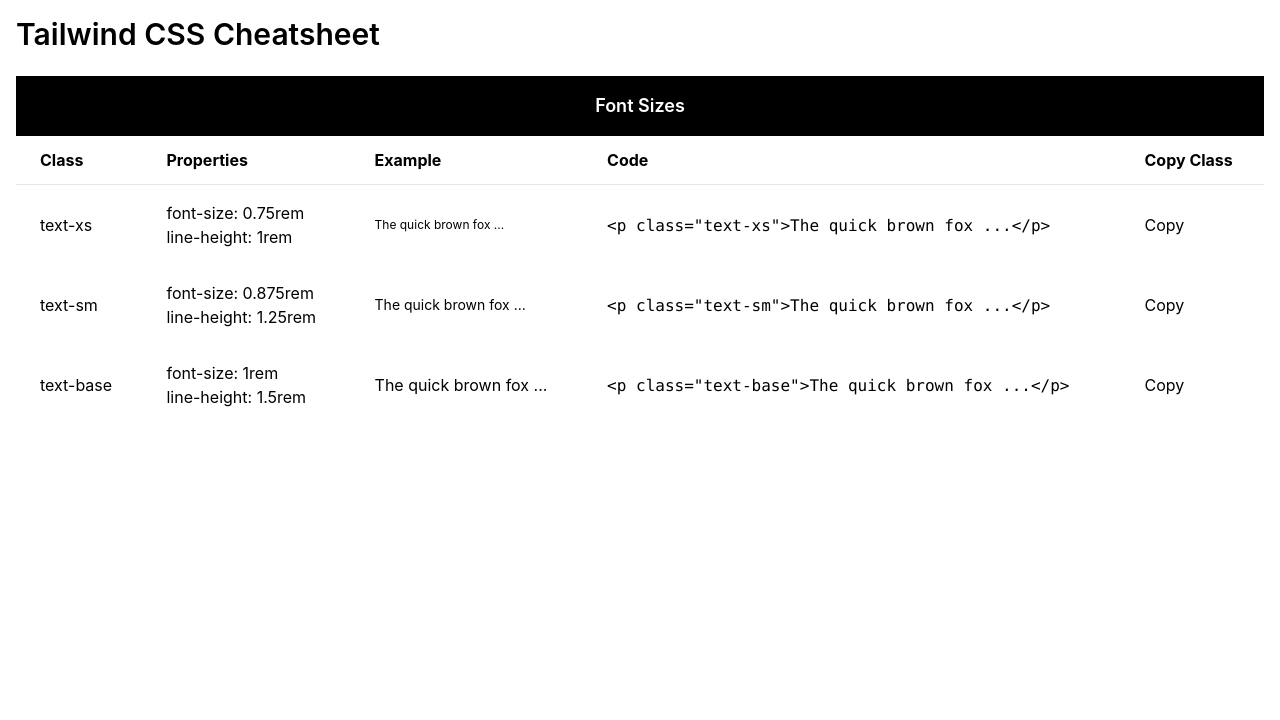
Repository: Coralee-Long/react-bits
Page: /tailwind-cheatsheet
The author's editor kept a copy of each file at every save. The page is drawn from the files as they stood at one save, then again after a run of saves.
The browser window is 1280 px wide. The pictures show the whole page.
An inner scrolling area shows only its first screen. The project was rebuilt for these pictures with package versions that can differ from the ones it lists, and the page was loaded fresh each time. Also part of the build but not shown: src/layout/Floors/Floor.js, src/pages/HomePage.js, src/pages/ContactPage.js, src/App.css.

Above is the page before, as saved 2024-01-08 11:45:19.

### src/index.css
@tailwind base;
@tailwind components;
@tailwind utilities;

html,
body {
  font-family: -apple-system, BlinkMacSystemFont, 'Segoe UI', 'Roboto', 'Oxygen',
    'Ubuntu', 'Cantarell', 'Fira Sans', 'Droid Sans', 'Helvetica Neue',
    sans-serif;
  -webkit-font-smoothing: antialiased;
  -moz-osx-font-smoothing: grayscale;
  height: 100%;
  width: 100%;
  margin: 0;
  padding: 0;
  overflow-x: hidden; /* Prevents horizontal scroll */
  box-sizing: border-box;
}

#root {
  height: 100%;
}

### src/App.js
import { BrowserRouter as Router } from 'react-router-dom';
import AppRoutes from './routes/AppRoutes';
import './App.css';

const App = () => {
  return (
    <Router>
      <AppRoutes />
    </Router>
  );
};

export default App;

### src/routes/AppRoutes.js
import { Routes, Route } from 'react-router-dom';
import HomePage from '../pages/HomePage.js';
import ContactPage from '../pages/ContactPage';
import TaiwindCheatsheet from '../pages/TailwindCheatsheet.js';

const AppRoutes = () => {
  return (
    <Routes>
      <Route path="/" element={<HomePage />} />
      <Route path="/contact" element={<ContactPage />} />
      <Route path="/tailwind-cheatsheet" element={<TaiwindCheatsheet />} />
    </Routes>
  );
};
export default AppRoutes;

### src/pages/TailwindCheatsheet.js
import TailwindGrid from '../components/projects/TailwindCheatsheet/components/TailwindGrid';
import { tailwindData } from '../components/projects/TailwindCheatsheet/data/tailwindData';

const TaiwindCheatsheet = () => {
  return (
    <div className="container mx-auto p-4">
      <h1 className="text-3xl font-semibold mb-6">Tailwind CSS Cheatsheet</h1>
      <TailwindGrid data={tailwindData} />
    </div>
  );
};
export default TaiwindCheatsheet;

### src/components/projects/TailwindCheatsheet/components/TailwindGrid.js
import React from 'react';
import { copyToClipboard } from './TailwindGrid.utils';

function TailwindGrid({ data }) {
  console.log(data);
  return (
    <table className="min-w-full divide-y divide-gray-200">
      {data.map((sectionData) => (
        <React.Fragment key={sectionData.section}>
          <thead>
            <tr>
              <th
                colSpan="5"
                className="py-4 px-6 bg-black text-white text-lg font-semibold"
              >
                {sectionData.section}
              </th>
            </tr>
            <tr>
              <th className="py-3 px-6 text-left">Class</th>
              <th className="py-3 px-6 text-left">Properties</th>
              <th className="py-3 px-6 text-left">Example</th>
              <th className="py-3 px-6 text-left">Code</th>
              <th className="py-3 px-6 text-left">Copy Class</th>
            </tr>
          </thead>
          <tbody>
            {sectionData.items.map((item) => (
              <tr key={item.class}>
                <td className="py-4 px-6">{item.class}</td>
                <td className="py-4 px-6">
                  <ul>
                    {Object.entries(item.properties).map(([key, value]) => (
                      <li key={key}>{`${key}: ${value}`}</li>
                    ))}
                  </ul>
                </td>
                <td className="py-4 px-6">
                  <p className={`text-black ${item.class}`}>
                    The quick brown fox ...
                  </p>
                </td>
                <td className="py-4 px-6">
                  <code>{`<p class="${item.class}">The quick brown fox ...</p>`}</code>
                </td>
                <td className="py-4 px-6">
                  <button onClick={() => copyToClipboard(item.class)}>
                    Copy
                  </button>
                </td>
              </tr>
            ))}
          </tbody>
        </React.Fragment>
      ))}
    </table>
  );
}

export default TailwindGrid;

### src/components/projects/TailwindCheatsheet/data/tailwindData.js
export const tailwindData = [
  {
    section: 'Font Sizes',
    items: [
      {
        class: 'text-xs',
        properties: {
          'font-size': '0.75rem',
          'line-height': '1rem',
        },
      },
      {
        class: 'text-sm',
        properties: {
          'font-size': '0.875rem',
          'line-height': '1.25rem',
        },
      },
      {
        class: 'text-base',
        properties: {
          'font-size': '1rem',
          'line-height': '1.5rem',
        },
      },
    ],
  },
  // Add more sections and items as needed
];

### src/components/projects/TailwindCheatsheet/components/TailwindGrid.utils.js
export const copyToClipboard = (text) => {
  // Create a temporary textarea element to hold the text to be copied
  const textarea = document.createElement('textarea');
  textarea.value = text;

  // Append the textarea to the document
  document.body.appendChild(textarea);

  // Select the text in the textarea
  textarea.select();
  textarea.setSelectionRange(0, 99999); // For mobile devices

  // Copy the selected text to the clipboard
  document.execCommand('copy');

  // Remove the temporary textarea from the document
  document.body.removeChild(textarea);

  // Optionally, provide user feedback (e.g., tooltip or message)
  alert(`Copied: ${text}`);
};

### tailwind.config.js
/** @type {import('tailwindcss').Config} */
module.exports = {
  purge: ['./src/**/*.{js,jsx,ts,tsx}', './public/index.html'],
  darkMode: false, // or 'media' or 'class'
  theme: {
    extend: {
      boxShadow: {
        custom:
          'inset -4px -4px 6px -1px rgba(255, 255, 255, 1), inset 2px 2px 8px -1px rgba(72, 79, 96, 0.5)',
      },
    },
  },
  variants: {
    extend: {},
  },
  plugins: [],
};

Loaded but not shown: public/index.html (common file); src/index.js (common file); src/reportWebVitals.js (common file)

After the next 2 saves:
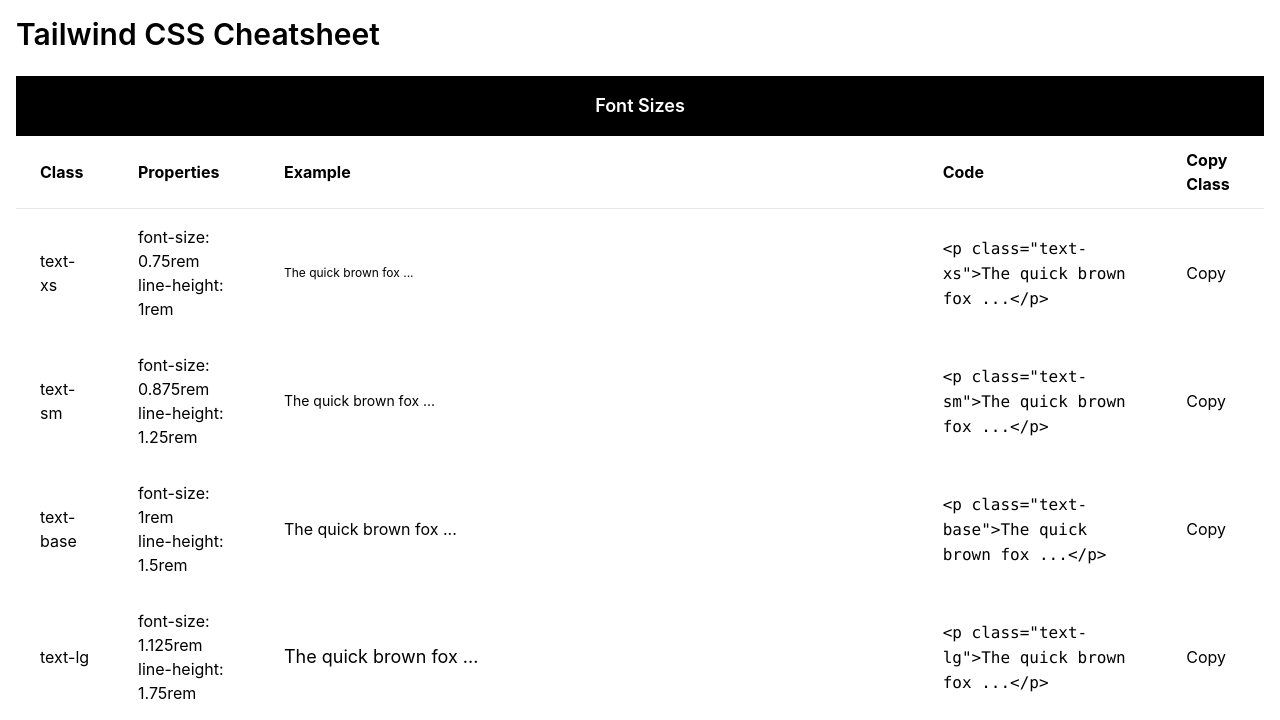
The 2 saves are shown as one change because they came seconds apart.
The last was saved 9 s later.
--- a/src/components/projects/TailwindCheatsheet/data/tailwindData.js
+++ b/src/components/projects/TailwindCheatsheet/data/tailwindData.js
@@ -23,6 +23,76 @@
           'line-height': '1.5rem',
         },
       },
+      {
+        class: 'text-lg',
+        properties: {
+          'font-size': '1.125rem',
+          'line-height': '1.75rem',
+        },
+      },
+      {
+        class: 'text-xl',
+        properties: {
+          'font-size': '1.25rem',
+          'line-height': '1.75rem',
+        },
+      },
+      {
+        class: 'text-2xl',
+        properties: {
+          'font-size': '1.5rem',
+          'line-height': '2rem',
+        },
+      },
+      {
+        class: 'text-3xl',
+        properties: {
+          'font-size': '1.875rem',
+          'line-height': '2.25rem',
+        },
+      },
+      {
+        class: 'text-4xl',
+        properties: {
+          'font-size': '2.25rem',
+          'line-height': '2.5rem',
+        },
+      },
+      {
+        class: 'text-5xl',
+        properties: {
+          'font-size': '3rem',
+          'line-height': '1',
+        },
+      },
+      {
+        class: 'text-6xl',
+        properties: {
+          'font-size': '3.75rem',
+          'line-height': '1',
+        },
+      },
+      {
+        class: 'text-7xl',
+        properties: {
+          'font-size': '4.5rem',
+          'line-height': '1',
+        },
+      },
+      {
+        class: 'text-8xl',
+        properties: {
+          'font-size': '6rem',
+          'line-height': '1',
+        },
+      },
+      {
+        class: 'text-9xl',
+        properties: {
+          'font-size': '8rem',
+          'line-height': '1',
+        },
+      },
     ],
   },
   // Add more sections and items as needed
